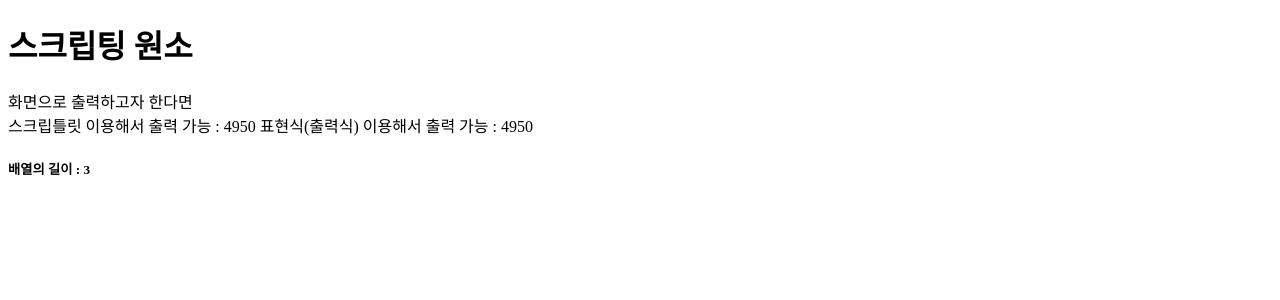
Repository: hyerangbi/Servlet
Page: http://localhost/JSP/views/01_ScriptingElement.jsp
An editor plug-in stored every save of this project. The page is shown before and after a run of saves, followed by the edit.
The browser window is 1280 px wide. The pictures show the whole page.
The page is served by Tomcat 10.

Above is the page before, as saved 2024-09-10 02:26:36.

After the next 2 saves:
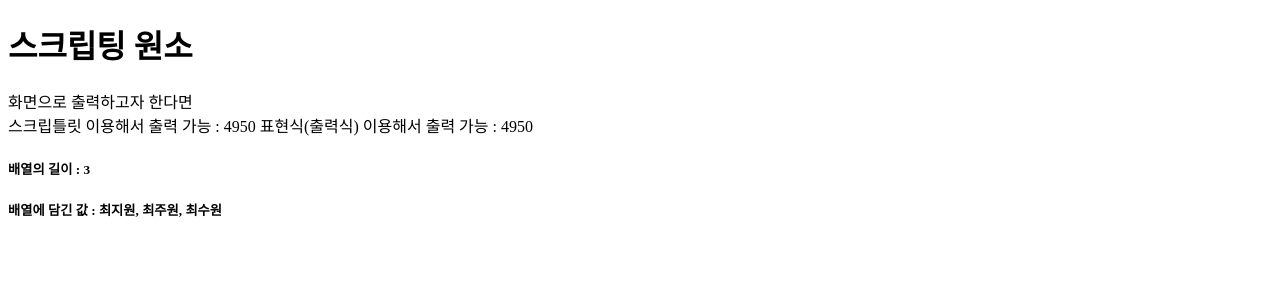
The 2 saves are shown as one change because they came seconds apart.
The last was saved 39 s later.
--- a/7_JSP/JSP/src/main/webapp/views/01_ScriptingElement.jsp
+++ b/7_JSP/JSP/src/main/webapp/views/01_ScriptingElement.jsp
@@ -31,5 +31,6 @@
 	%>
 
 	<h5> 배열의 길이 : <%=nameArr.length %></h5>
+	<h5> 배열에 담긴 값 : <%=String.join(", ", nameArr) %></h5>
 </body>
 </html>
